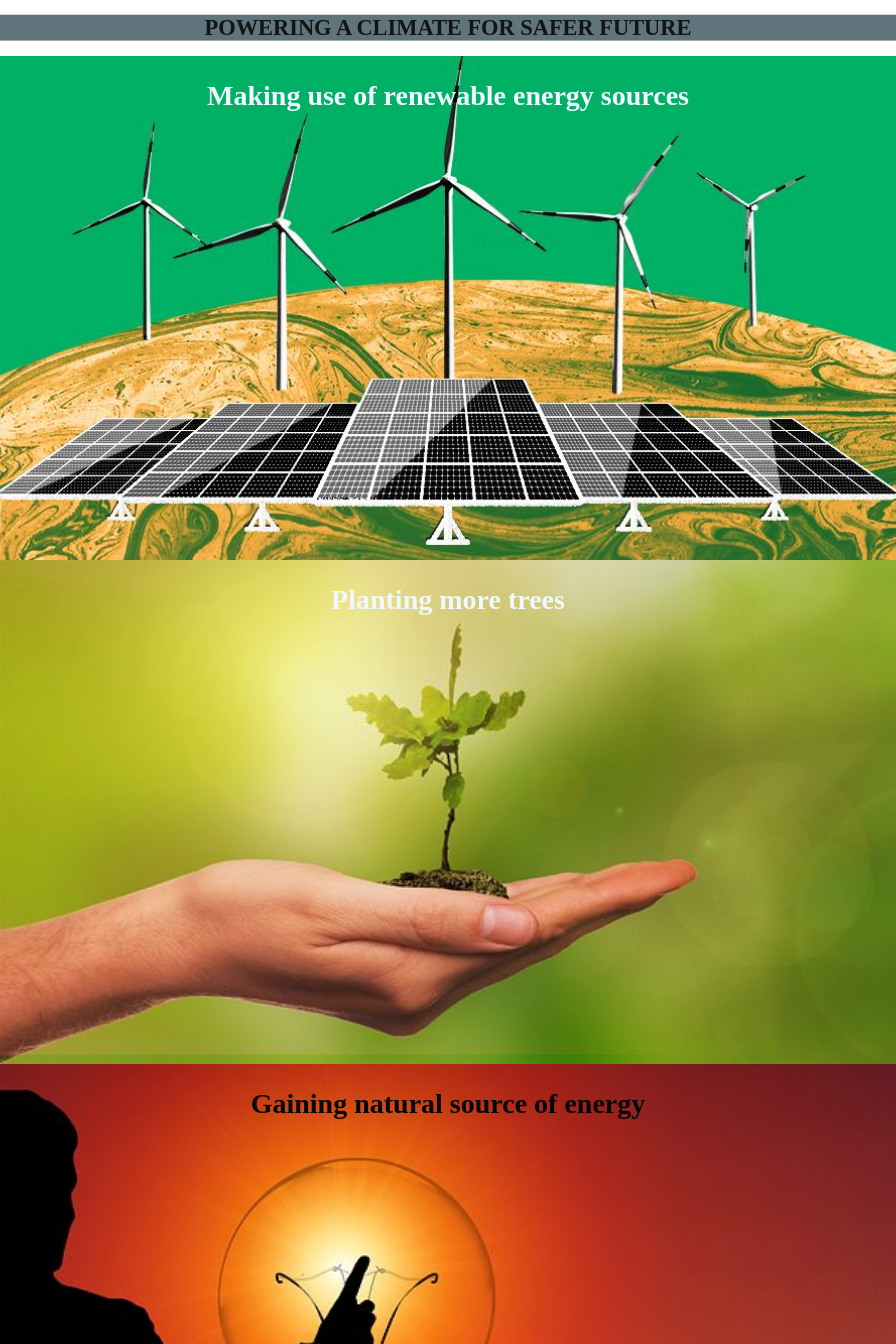
Repository: NavinDayanithi/static-web-design-competition
Page: index.html
These files come from the project's save history. The page is drawn as it stood at one moment and after the next save; the edit follows.
The browser window is 1280 px wide. The pictures show the part of the page from y = 0 to 1920 px (the page is 4420 px tall), at 70% of full size.
Backgrounds fixed to the window are drawn as part of the page.

Above is the page before, as saved 2023-04-28 20:57:52.

After the next save:
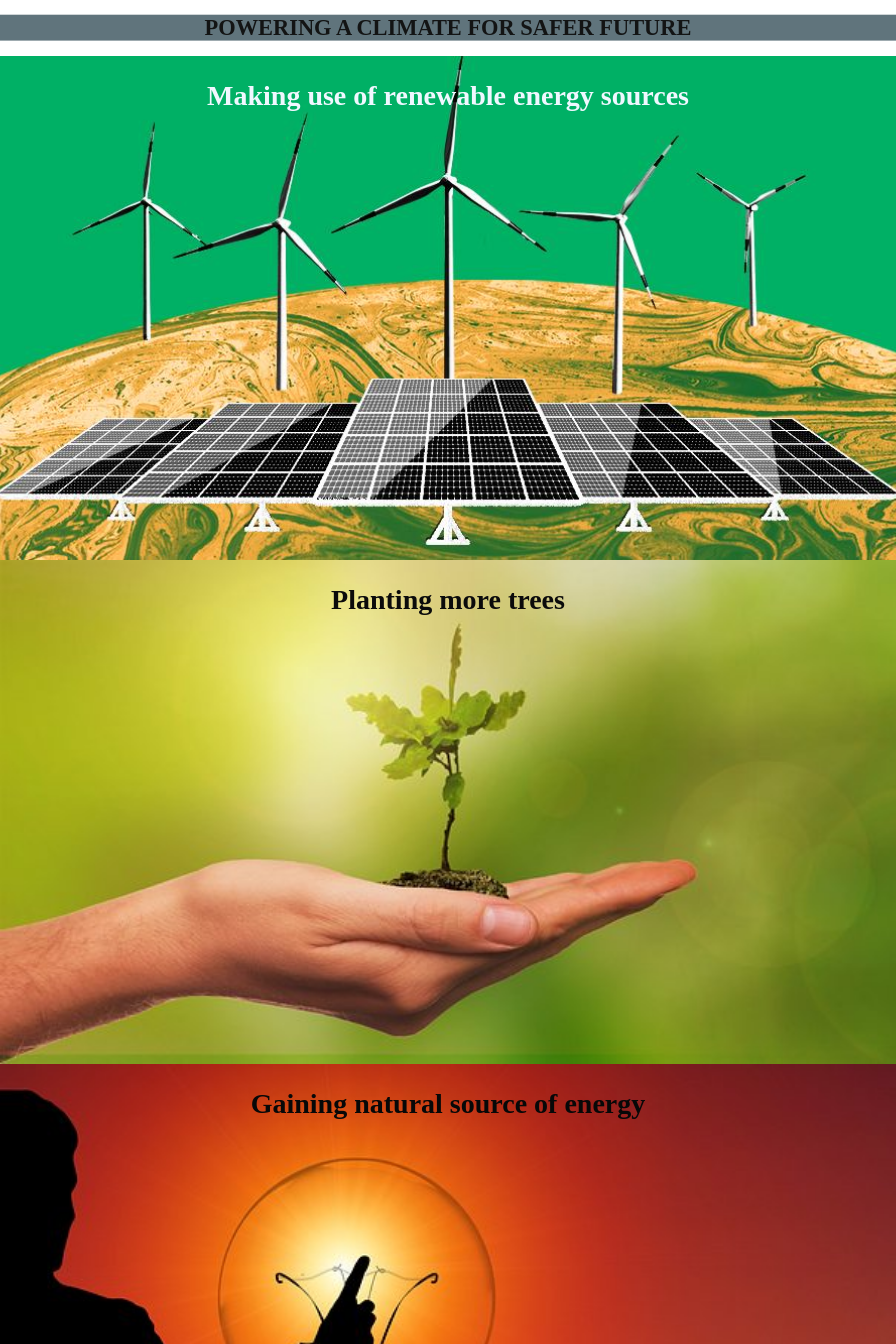
Saved 10 min 35 s later.
--- a/styles.css
+++ b/styles.css
@@ -39,7 +39,7 @@ head{
     /* background-position: center; */
     display: table;
     background-attachment: fixed;
-    color:aliceblue;
+    color:rgb(11, 11, 11);
 }
 
 .box3{
